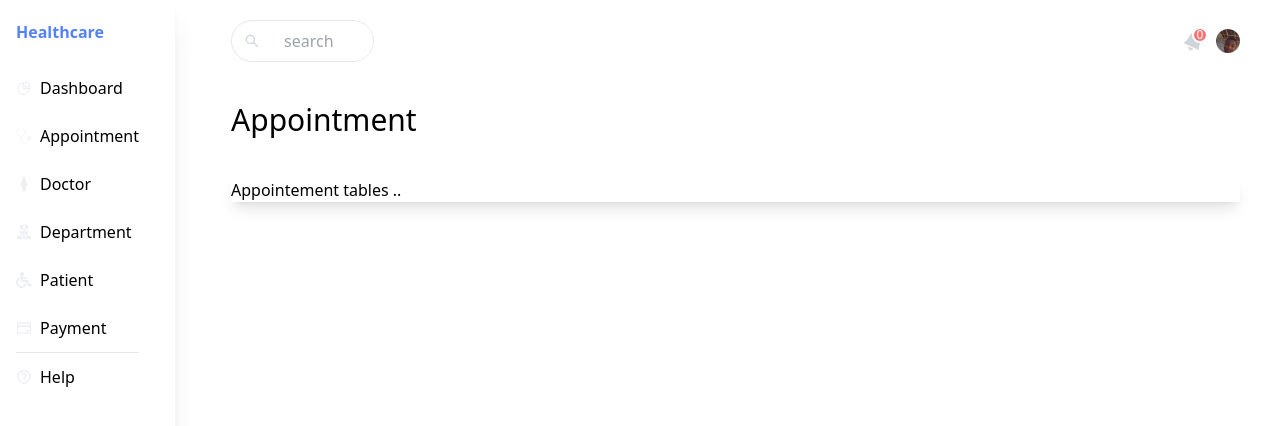
Repository: hisreal123/healthcare-dashboard
Page: /appointment
An editor plug-in stored every save of this project. The page is shown before and after a run of saves, followed by the edit.
The browser window is 1280 px wide. The pictures show the whole page.
The project was rebuilt for these pictures with package versions that can differ from the ones it lists, and the page was loaded fresh each time. Also part of the build but not shown: vite.config.ts, src/routes/Error.tsx, src/views/Dashboard.tsx, src/views/Doctor.tsx, src/views/Department.tsx, components/tables/PatientsTable.tsx, src/views/Patient.tsx, src/views/Payment.tsx and 1 more.

Above is the page before, as saved 2023-05-05 19:27:04.

After the next 3 saves:
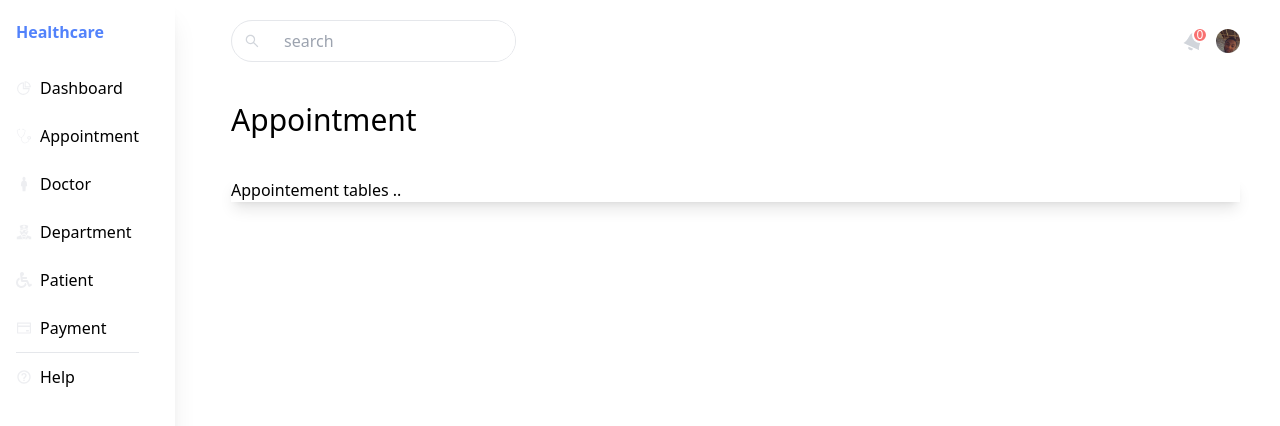
The 3 saves are shown as one change because they came seconds apart.
The last was saved 17 s later.
--- a/components/Misc/SearchBar.tsx
+++ b/components/Misc/SearchBar.tsx
@@ -23,7 +23,7 @@ export default function SearchBar({ SearchStyle }: SearchProps) {
     }
     return (
         <>
-            <div className="search flex rounded-3xl overflow-hidden border items-center  w-1/2 ">
+            <div className="search flex rounded-3xl overflow-hidden border items-center  ">
                 <form className='flex items-center' onSubmit={handleFormSearch}>
                     <span className='px-3 relative'>
                         <AiOutlineSearch className="text-gray-300" onClick={handleSearchClicked} />
